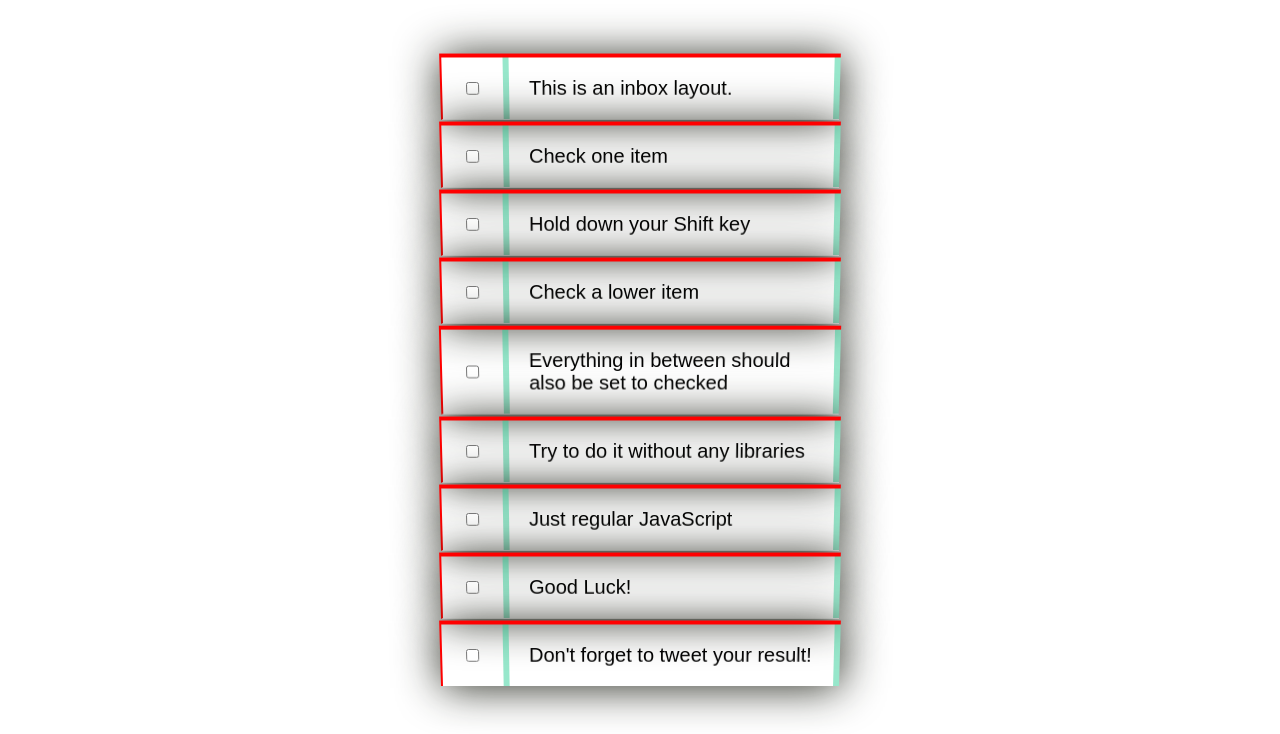
Repository: Freezler/Shift-Select-Checkboxes
Page: index.html
The author's editor kept a copy of each file at every save. The page is drawn from the files as they stood at one save, then again after the next save.
The browser window is 1280 px wide. The pictures show the whole page.
The pointer rests on the first visible `.item:nth-child(even)`.

Above is the page before, as saved 2024-09-07 22:33:36.

After the next save:
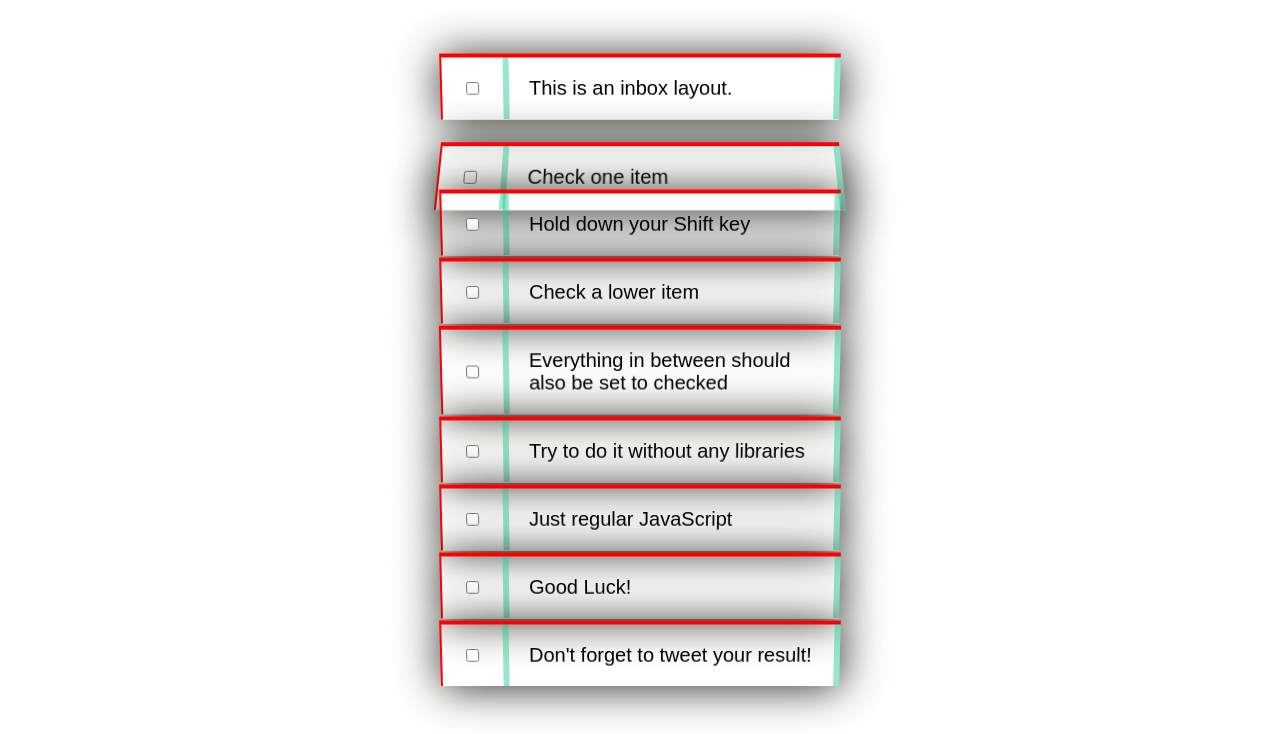
Saved 13 s later.
--- a/index.html
+++ b/index.html
@@ -77,7 +77,7 @@
     }
 
     .item:nth-child(even):hover {
-      transform: perspective(400px) rotateX(12deg) rotateY(3px);
+      transform: perspective(400px) rotateX(12deg) translateY(24px);
 
     }
 
